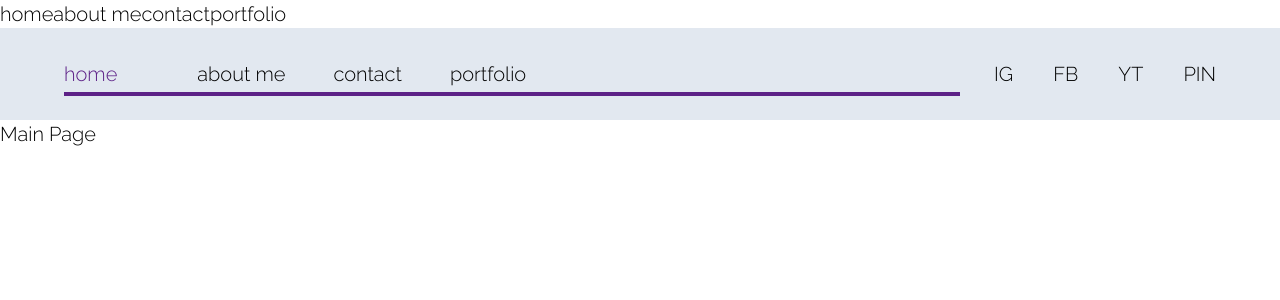
Repository: hubertrh/klaudia-personal-next
Page: /
These files come from the project's save history. The page is drawn as it stood at one moment and after the next save; the edit follows.
The browser window is 1280 px wide. The pictures show the whole page.
The project was rebuilt for these pictures with package versions that can differ from the ones it lists, and the page was loaded fresh each time. The framework's server and built-in components were replaced by stand-ins that run in the browser. Also part of the build but not shown: next.config.js.

Above is the page before, as saved 2023-08-11 15:36:24.

After the next save:
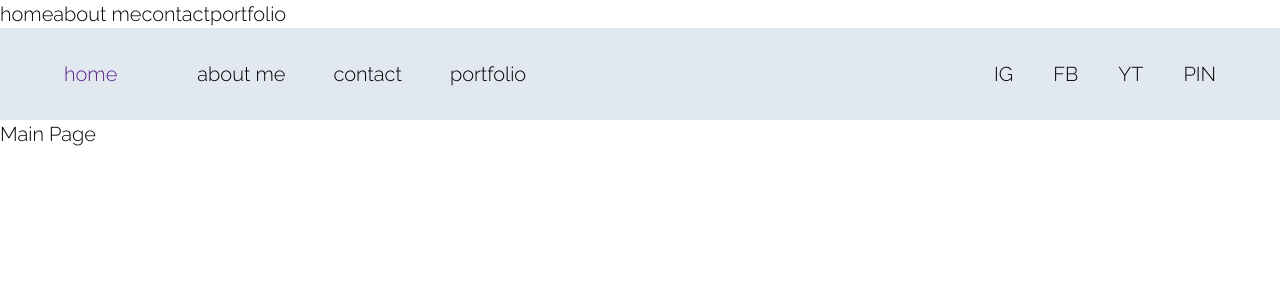
Saved 21 s later.
--- a/app/globals.css
+++ b/app/globals.css
@@ -17,7 +17,7 @@ body {
 }
 
 .nav > * {
-  @apply pr-12 transition-all duration-300 before:absolute before:-bottom-2 before:h-1 before:w-full before:bg-primary before:content-[''] hover:text-primary hover:before:w-0;
+  @apply pr-12 transition-all duration-300 before:absolute before:-bottom-2 before:h-1 before:w-0 before:bg-primary before:content-[''] hover:text-primary hover:before:w-full;
 }
 
 .social-icon {
